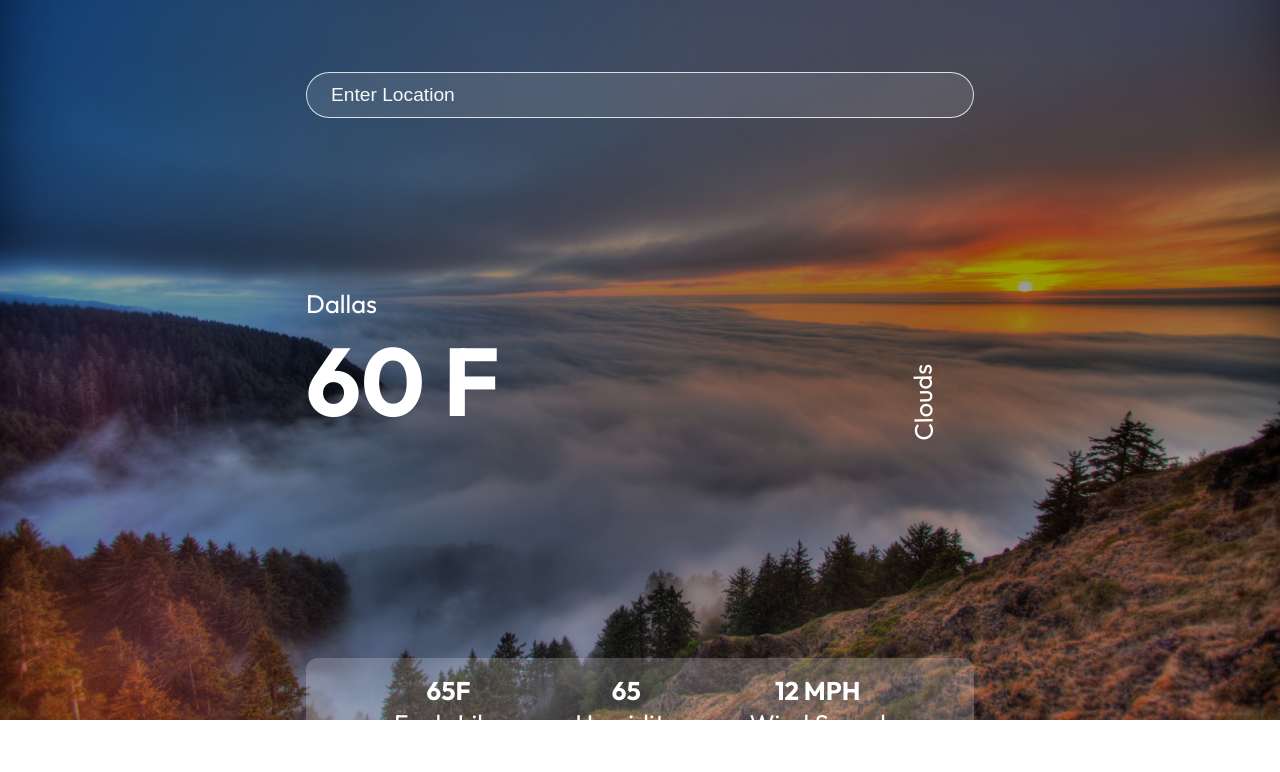
Repository: mahsa199170/react-fetch-data
Page: / (app in weather-map/)
The author's editor kept a copy of each file at every save. The page is drawn from the files as they stood at one save, then again after the next save.
The browser window is 1280 px wide. The pictures show the whole page.
The page's requests for data from a server got no answer. The project was rebuilt for these pictures with package versions that can differ from the ones it lists, and the page was loaded fresh each time. No one was signed in, and anything a server would have sent is missing. Also part of the build but not shown: weather-map/src/App.css.

Above is the page before, as saved 2024-11-21 12:12:57.

### weather-map/src/index.css
@import url('https://fonts.googleapis.com/css2?family=Outfit:wght@100;200;300;400;500;600;700&family=Poppins:ital,wght@0,100;0,200;0,300;0,400;0,500;0,600;0,700;0,800;0,900;1,100;1,200;1,300;1,400;1,500;1,600;1,700;1,800;1,900&display=swap');

* {
  box-sizing: border-box;
  margin: 0;
  padding: 0;
}

body {
  font-family: 'Outfit', 'Segoe UI', 'Roboto', 'Oxygen', 'Ubuntu', 'Cantarell',
    'Fira Sans', 'Droid Sans', 'Helvetica Neue', sans-serif;
  -webkit-font-smoothing: antialiased;
  -moz-osx-font-smoothing: grayscale;
}

p {
  font-size: 1.6rem;
}

h1 {
  font-size: 6rem;
}

.app {
  width: 100%;
  height: 100vh;
  position: relative;
  background-color: rgba(0, 0, 0, 0.4);
  color: #fff;
}

.app:before {
  content: '';
  background: url('./assets/images/sunset.jpg') no-repeat center center/cover;
  position: absolute;
  width: 100%;
  height: 100%;
  top: 0;
  left: 0;
  z-index: -1;
}

.app .search {
  text-align: center;
  padding: 1rem;
}

.app input {
  padding: 0.7rem 1.5rem;
  font-size: 1.2rem;
  border-radius: 25px;
  border: 1px solid rgba(255, 255, 255, 0.8);
  background: rgba(255, 255, 255, 0.1);
  color: #f8f8f8;
}

::placeholder {
  color: #f8f8f8;
}

.container {
  max-width: 700px;
  height: 700px;
  margin: auto;
  padding: 0 1rem;
  position: relative;
  top: 10%;
  display: flex;
  flex-direction: column;
  justify-content: space-between;
}

.app .top {
  width: 100%;
  margin: 1rem auto;
}

.app .description {
  position: relative;
  right: -90%;
  transform-origin: 0 0;
  transform: rotate(269deg);
}

.app .bottom {
  display: flex;
  justify-content: space-evenly;
  text-align: center;
  width: 100%;
  margin: 1rem auto;
  padding: 1rem;
  border-radius: 12px;
  background-color: rgba(255, 255, 255, 0.2);
}

.bold {
  font-weight: 700;
}

### weather-map/src/App.js
import { useState } from 'react';
import './App.css';
import axios from 'axios';

function App() {
  const [location, setLocation] = useState('');
  const apiKey = '3712c40bd43b9b9c388818e83126cc94';
  const url = `https://api.openweathermap.org/data/2.5/weather?q=dallas&appid=${apiKey}`;

  const fetchWeatherData = axios
    .get(url)
    .then((response) => console.log(response.data.main.humidity))
    .catch((error) => console.log(error));
  return (
    <div className="app">
      <div className="container">
        <input
          type="text"
          placeholder="Enter Location"
          onChange={(e) => setLocation(e.target.value)}
        />
        <div className="top">
          <div className="location">
            <p>Dallas</p>
          </div>
          <div className="temp">
            <h1>60 F</h1>
          </div>
          <div className="description">
            <p>Clouds</p>
          </div>
        </div>
        <div className="bottom">
          <div className="feels">
            <p className="bold">65F</p>
            <p>Feels Like</p>
          </div>
          <div className="humidity">
            <p className="bold">65</p>
            <p>Humidity</p>
          </div>
          <div className="wind">
            <p className="bold">12 MPH</p>
            <p>Wind Speed</p>
          </div>
        </div>
      </div>
    </div>
  );
}

export default App;

Loaded but not shown: weather-map/public/index.html (common file); weather-map/src/index.js (common file)

After the next save:
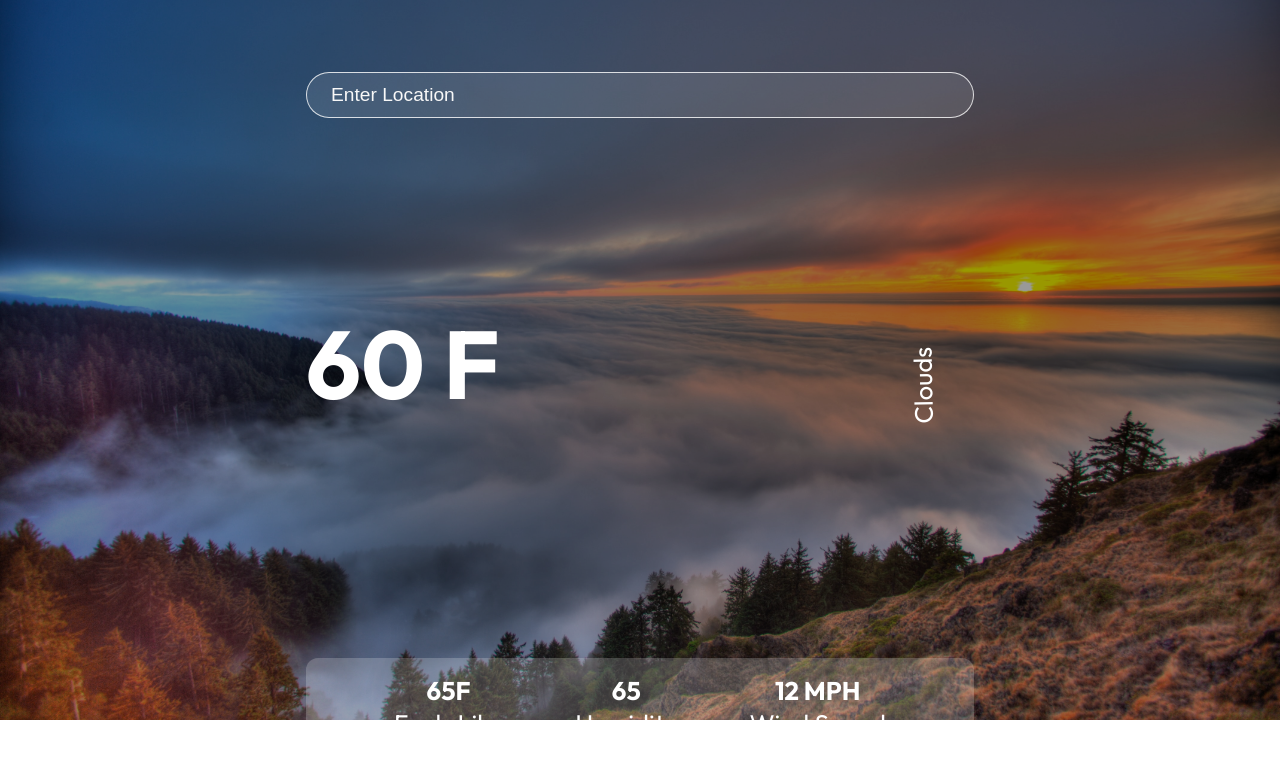
Saved 18 s later.
--- a/weather-map/src/App.js
+++ b/weather-map/src/App.js
@@ -21,7 +21,7 @@ function App() {
         />
         <div className="top">
           <div className="location">
-            <p>Dallas</p>
+            <p>{Location}</p>
           </div>
           <div className="temp">
             <h1>60 F</h1>
